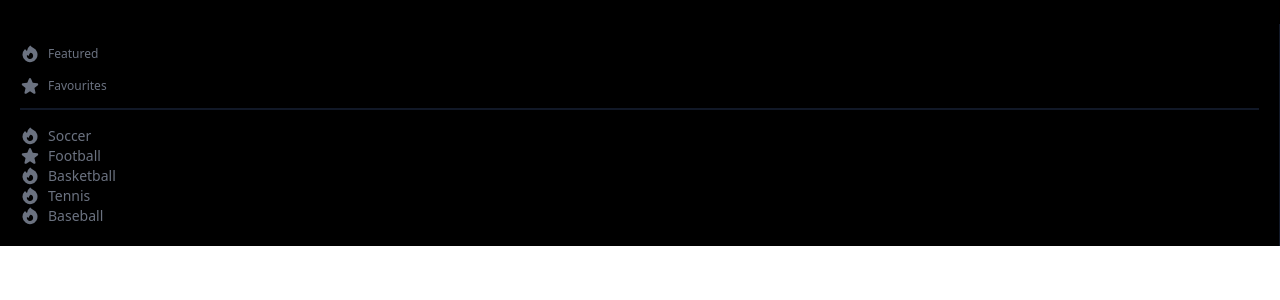
Repository: thekingisherenow/Betterbook
Page: /
An editor plug-in stored every save of this project. The page is shown before and after the next save, followed by the edit.
The browser window is 1280 px wide. The pictures show the whole page.
The project was rebuilt for these pictures with package versions that can differ from the ones it lists, and the page was loaded fresh each time. The framework's server and built-in components were replaced by stand-ins that run in the browser. Also part of the build but not shown: next.config.js.

Above is the page before, as saved 2023-01-16 21:08:17.

After the next save:
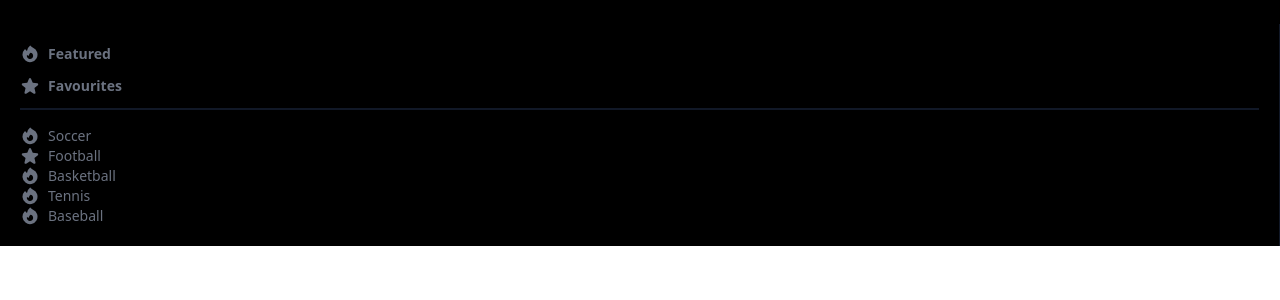
Saved 6 s later.
--- a/src/components/Typography/Sidebar.tsx
+++ b/src/components/Typography/Sidebar.tsx
@@ -5,7 +5,7 @@ function Sidebar() {
     return (
         <div className='text-gray-500 p-5 text-sm border-r  border-gray-900'>
             <div>
-                <div className='flex flex-col space-y-3 text-xs mb-4'>
+                <div className='flex flex-col space-y-3 font-semibold mb-4'>
                     <button className='flex items-center space-x-2 hover:text-blue-600'>
                         <FireIcon className='w-5 h-5' />
                         <p>Featured</p>
